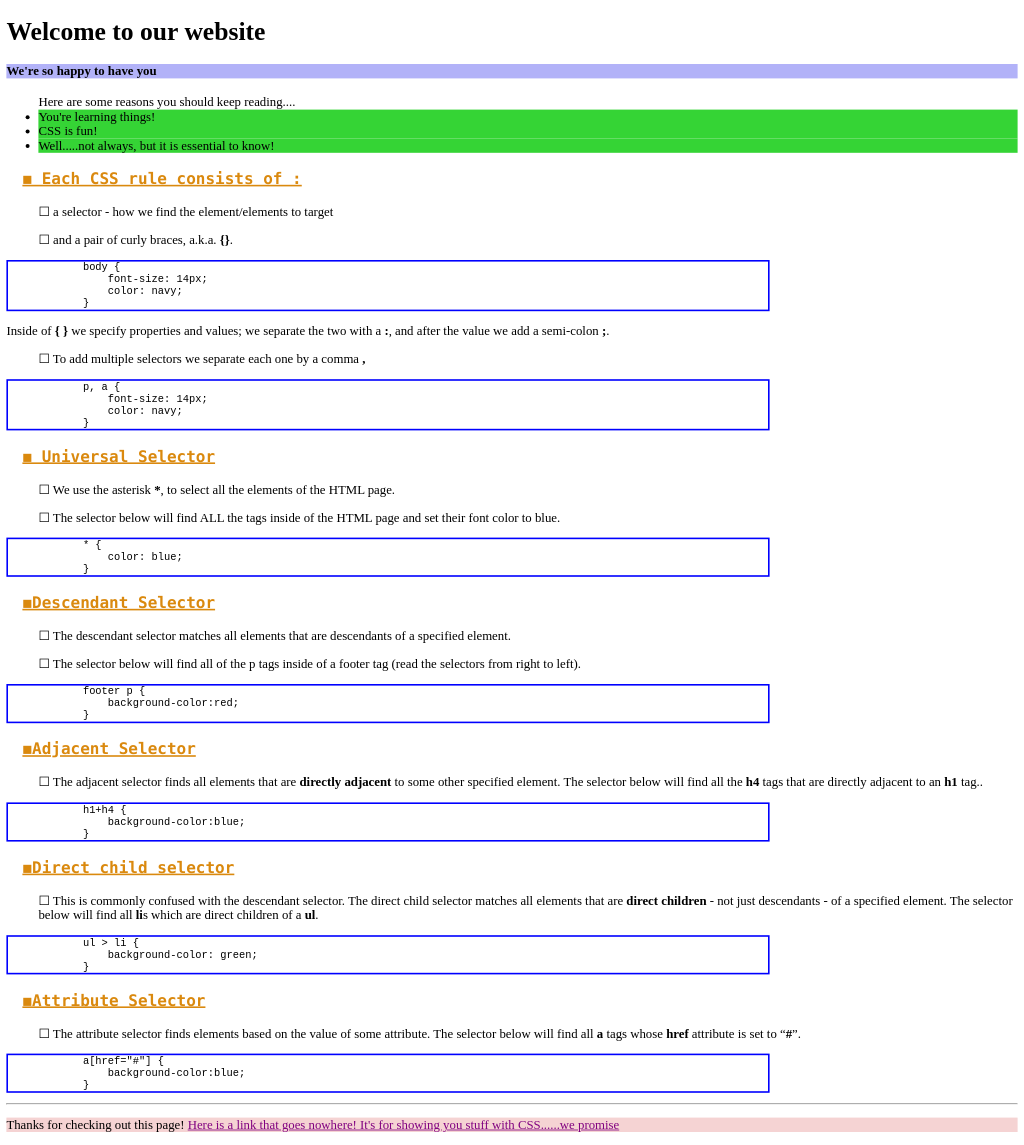
Repository: AnnaSpirit/Tests__
Page: CSS/Useful_Selectors.html
These files come from the project's save history. The page is drawn as it stood at one moment and after a run of saves; the edit follows.
The browser window is 1280 px wide. The pictures show the whole page, at 80% of full size.

Above is the page before, as saved 2024-04-01 17:54:07.

### CSS/Useful_Selectors.html
<!DOCTYPE html>
<html lang="en">
<head>
    <meta charset="UTF-8">
    <meta name="viewport" content="width=device-width, initial-scale=1.0">
    <title>Useful Selectors</title>
    <link rel="stylesheet" href="style_Selectors.css">
</head>
<body>
    <header>
        <h1>Welcome to our website</h1>
        <h4>We're so happy to have you</h4>
    </header>
    <section>
        <ul> Here are some reasons you should keep reading....
            <li>You're learning things!</li>
            <li>CSS is fun!</li>
            <li>Well.....not always, but it is essential to know!</li>
        </ul>
    </section>
    <section>
        <h3 style="padding-left: 20px;"> &#9724; Each CSS rule consists of :</h3>
            <p style="padding-left: 40px;"> &#9744; a selector - how we find the element/elements to target</p>
            <p style="padding-left: 40px;"> &#9744; and a pair of curly braces, a.k.a. <b>{}</b>.</p>
    <span >
        <pre style="border: 2px solid blue; margin-right: 310px">
            body {
                font-size: 14px;
                color: navy;
            }</pre></span>
    <p>Inside of <b>{ }</b> we specify properties and values; we separate the two with a <b>:</b>, and after the value we add a semi-colon <b>;</b>.</p>
            <p style="padding-left: 40px;"> &#9744; To add multiple selectors we separate each one by a comma <b>,</b></p>
    <span>
        <pre style="border: 2px solid blue; margin-right: 310px">
            p, a {
                font-size: 14px;
                color: navy;
            }</pre>
        </span>
        <h3 style="padding-left: 20px;"> &#9724; Universal Selector</h3>
        <p style="padding-left: 40px;">&#9744; We use the asterisk <b>*</b>, to select all the elements of the HTML page.</p>
        <p style="padding-left: 40px;">&#9744; The selector below will find ALL the tags inside of the HTML page and set their font color to blue.</p>
    <span>
        <pre style="border: 2px solid blue; margin-right: 310px">
            * {
                color: blue;
            }</pre>
    </span>
    <h3 style="padding-left: 20px;"> &#9724;Descendant Selector</h3>
    <p style="padding-left: 40px;">&#9744; The descendant selector matches all elements that are descendants of a specified element.</p>
    <p style="padding-left: 40px;">&#9744; The selector below will find all of the p tags inside of a footer tag (read the selectors from right to left).</p>
    <span>
        <pre style="border: 2px solid blue; margin-right: 310px">
            footer p {
                background-color:red;
            }</pre>
    </span>
    <h3 style="padding-left: 20px;"> &#9724;Adjacent Selector</h3>
    <p style="padding-left: 40px;">&#9744; The adjacent selector finds all elements that are <b>directly adjacent</b> to some other specified element. The selector below
    will find all the <b>h4</b> tags that are directly adjacent to an <b>h1</b> tag..</p>
    <span>
        <pre style="border: 2px solid blue; margin-right: 310px">
            h1+h4 {
                background-color:blue;
            }</pre>
    </span>
    <h3 style="padding-left: 20px;"> &#9724;Direct child selector</h3>
    <p style="padding-left: 40px;">&#9744; This is commonly confused with the descendant selector. The direct child selector matches all elements that are <b>direct
    children</b> - not just descendants - of a specified element. The selector below will find all <b>li</b>s which are direct children
    of a <b>ul</b>.</p>
    <span>
        <pre style="border: 2px solid blue; margin-right: 310px">
            ul > li {
                background-color: green;
            }</pre>
    </span>
    <h3 style="padding-left: 20px;"> &#9724;Attribute Selector</h3>
    <p style="padding-left: 40px;">&#9744; The attribute selector finds elements based on the value of some attribute. The selector below will find all <b>a</b> tags
    whose <b>href</b> attribute is set to “<b>#</b>”.</p>
    <span>
        <pre style="border: 2px solid blue; margin-right: 310px">
            a[href="#"] {
                background-color:blue;
            }</pre>
    </span>
    </section>
    <hr>
    <footer>

        <p>
            Thanks for checking out this page!
            <a href="#">Here is a link that goes nowhere! It's for showing you stuff with CSS......we promise</a>
        </p>
    </footer>
</body>
</html>

### CSS/style_Selectors.css
/* Universal Selector */
/* * {
    color: brown;
} */
ul>li {
    background-color: rgb(53, 212, 53);
}

h3{
    color: rgb(218, 137, 14);
    font-family: "Lucida Console", Monaco, monospace;
    font-size: 20px;
    color: #DA890E;
    text-decoration: underline rgb(218, 137, 14);
}
h1+h4 {
    background-color: rgb(178, 178, 248);
}
a[href="#"] {
    color: purple;
    font-weight: bold, ita;
}

footer p {
    background-color: rgb(245, 211, 211);
}

After the next 2 saves:
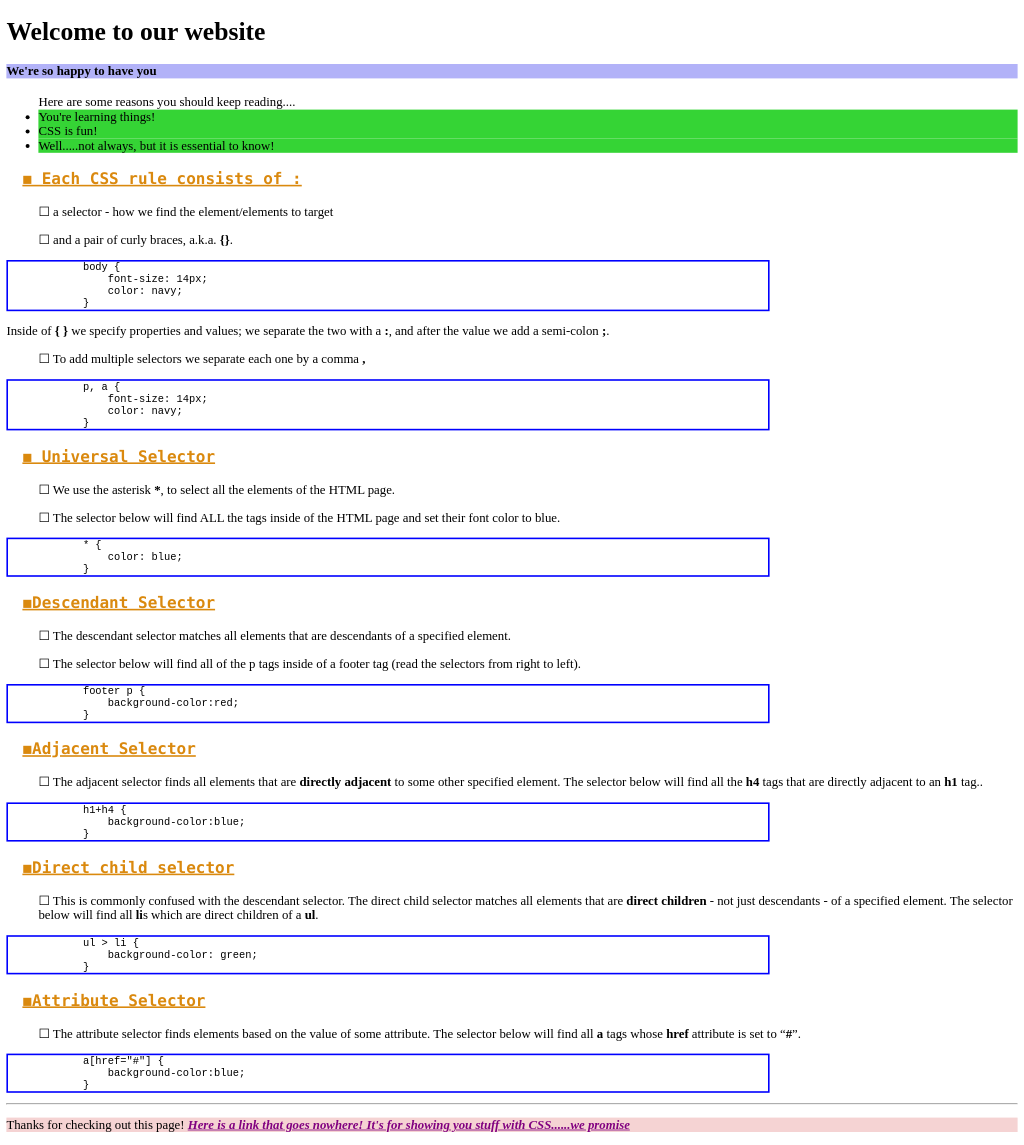
The 2 saves are shown as one change because they came seconds apart.
The last was saved 39 s later.
--- a/CSS/style_Selectors.css
+++ b/CSS/style_Selectors.css
@@ -18,7 +18,8 @@ h1+h4 {
 }
 a[href="#"] {
     color: purple;
-    font-weight: bold, ita;
+    font-weight: bold;
+    font-style: italic;
 }
 
 footer p {
